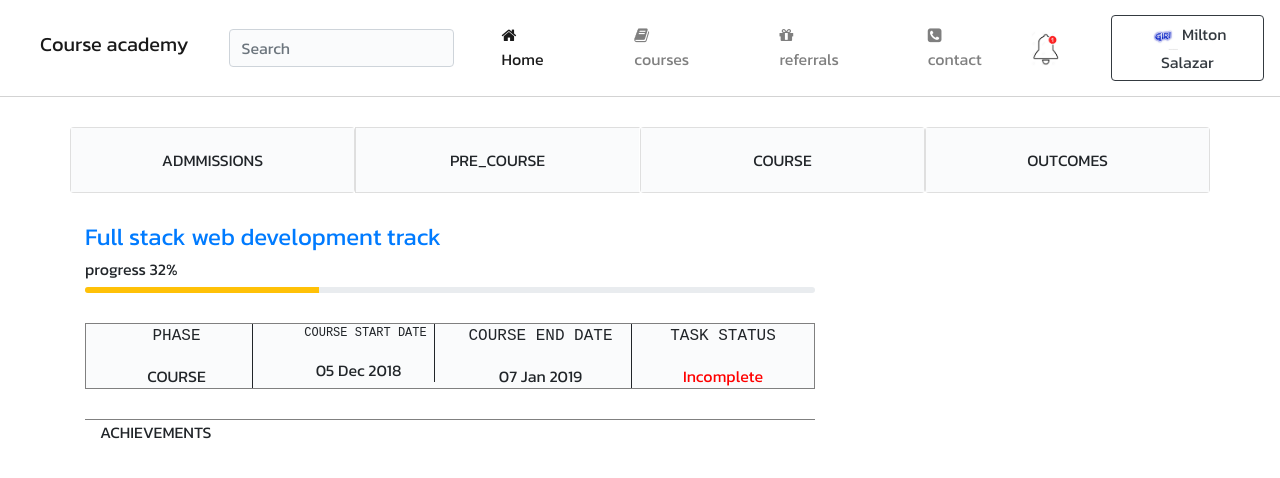
Repository: giribabu1997/html-layout
Page: task.html
These files come from the project's save history. The page is drawn as it stood at one moment and after a run of saves; the edit follows.
The browser window is 1280 px wide. The pictures show the whole page.
Some web fonts or font styles are not loaded; a fallback is used.

Above is the page before, as saved 2019-06-25 21:16:12.

### task.html
<!DOCTYPE html>
<html lang="en">

<head>
    <meta charset="UTF-8">
    <meta name="viewport" content="width=device-width, initial-scale=1.0">
    <meta http-equiv="X-UA-Compatible" content="ie=edge">
    <title>Document</title>
    <link rel="stylesheet" href="https://stackpath.bootstrapcdn.com/bootstrap/4.3.1/css/bootstrap.min.css"
        integrity="sha384-ggOyR0iXCbMQv3Xipma34MD+dH/1fQ784/j6cY/iJTQUOhcWr7x9JvoRxT2MZw1T" crossorigin="anonymous">
    <link href="https://fonts.googleapis.com/css?family=Kanit&display=swap" rel="stylesheet">
    <link rel="stylesheet" href="https://cdnjs.cloudflare.com/ajax/libs/font-awesome/4.7.0/css/font-awesome.min.css">
    <link href="https://fonts.googleapis.com/css?family=Cutive+Mono&display=swap" rel="stylesheet">
    <style>
        .navhead-height {
            padding: 1.5rem;
        }

        .head-container {
            padding: 0%;
        }

        * {
            font-family: 'Kanit', sans-serif;
        }

        .home-link {
            padding-right: 2.5rem !important;
            padding-left: 2.5rem !important;
        }
    </style>

</head>

<body>
    <div class="container-fluid head-container" style=" border-bottom: 1px solid lightgrey;">
        <nav class="navbar navbar-expand-lg navbar-light bg-white">
            <a class="navbar-brand navhead-height" href="#">
                <h5>Course academy </h5>
            </a>
            <button class="navbar-toggler" type="button" data-toggle="collapse" data-target="#navbarSupportedContent"
                aria-controls="navbarSupportedContent" aria-expanded="false" aria-label="Toggle navigation">
                <span class="navbar-toggler-icon"></span>
            </button>
            <form class="form-inline my-2 my-lg-0">
                <input class="form-control mr-sm-2" type="search" placeholder="Search" aria-label="Search"
                    style="background-color: #fafbfc;">
            </form>
            <div class="collapse navbar-collapse" id="navbarSupportedContent">
                <ul class="navbar-nav mr-auto">
                    <li class="nav-item active">
                        <a class="nav-link home-link" href="#"><i class="fa fa-home"></i> Home <span
                                class="sr-only">(current)</span></a>
                    </li>
                    <li class="nav-item">
                        <a class="nav-link home-link" href="#"><i class="fa fa-book"></i> courses</a>
                    </li>
                    <li class="nav-item">
                        <a class="nav-link home-link" href="#"><i class="fa fa-gift"></i> referrals</a>
                    </li>
                    <li class="nav-item">
                        <a class="nav-link home-link" href="#"><i class="fa fa-phone-square"></i> contact</a>
                    </li>
                    <li class="nav-item">
                        <a class="nav-link home-link" href="#"></a>
                        <img src="icon.png" width="30px" style="text-align: center" />
                        </a>
                    </li>
                    <button class="btn btn-outline-dark my-2 my-sm-0" type="submit">
                        <img src="giri.png" width="30px" /> Milton Salazar </button>
            </div>
        </nav>
    </div>
    <div class="container" style="padding-top: 30px; padding-bottom: 30px">
        <div class="row">
            <div class="col-md-3" style="padding: 0px !important">
                <div class="card">
                    <div class="card-body" style="text-align: center; background-color: #fafbfc;">
                        <h> ADMMISSIONS</h>
                    </div>
                </div>
            </div>
            <div class="col-md-3" style="padding: 0px !important">
                <div class="card" style="border-radius: 0;border-right-color: white;">
                    <div class="card-body" style="text-align: center; background-color: #fafbfc;">
                        <h> PRE_COURSE</h>
                    </div>
                </div>
            </div>
            <div class="col-md-3" style="padding: 0px !important">
                <div class="card">
                    <div class="card-body" style="text-align: center; background-color: #fafbfc;">
                        <h> COURSE</h>
                    </div>
                </div>
            </div>
            <div class="col-md-3" style="padding: 0px !important">
                <div class="card">
                    <div class="card-body" style="text-align: center; background-color: #fafbfc;">
                        <h> OUTCOMES</h>
                    </div>
                </div>
            </div>
        </div>
    </div>
    <div class="container">
        <div class="row">
            <div class="col-8">
                <h4> <a class="text-primary">Full stack web development track</a></h4>
                <h6>progress 32%</h6>
                <div class="progress" style=" height: 0.4rem;">
                    <div class="progress-bar bg-warning" role="progressbar" style="width: 32%" aria-valuenow="32"
                        aria-valuemin="0" aria-valuemax="50">
                    </div>
                </div>
                <div class="container" style="padding-top: 30px; padding-bottom: 30px; border-bottom: 1px solid gray;">
                    <div class="row" style="border: 1px solid gray; text-align: center; background-color: #fafbfc;">
                        <div class="col-3">
                            <div class="box" style="border-right: 1px solid">
                                <p style="font-family: 'Cutive Mono', monospace;">PHASE</p>
                                <h7>COURSE</h7>
                            </div>
                        </div>
                        <div class="col-3">
                            <div class="box" style="border-right: 1px solid">
                                <p style="font-family: 'Cutive Mono', monospace; width: 165px; font-size: 12px;">COURSE
                                    START DATE</p>
                                <h7>05 Dec 2018</h7>
                            </div>
                        </div>
                        <div class="col-3" style="border-right: 1px solid">
                            <div class="box">
                                <p style="font-family: 'Cutive Mono', monospace;">COURSE END DATE</p>
                                <h7>07 Jan 2019</h7>
                            </div>
                        </div>
                        <div class="col-3">
                            <div class="box">
                                <p style="font-family: 'Cutive Mono', monospace;">TASK STATUS</p>
                                <span style="color: red">Incomplete</span>
                            </div>
                        </div>
                    </div>
                </div>

                <div class="row">
                <DI
                </div>
            </div>
            <div class="col-4">
                ACHIEVEMENTS
            </div>
        </div>
    </div>


</body>
<script src="https://code.jquery.com/jquery-3.3.1.slim.min.js"
    integrity="sha384-q8i/X+965DzO0rT7abK41JStQIAqVgRVzpbzo5smXKp4YfRvH+8abtTE1Pi6jizo"
    crossorigin="anonymous"></script>
<script src="https://cdnjs.cloudflare.com/ajax/libs/popper.js/1.14.7/umd/popper.min.js"
    integrity="sha384-UO2eT0CpHqdSJQ6hJty5KVphtPhzWj9WO1clHTMGa3JDZwrnQq4sF86dIHNDz0W1"
    crossorigin="anonymous"></script>
<script src="https://stackpath.bootstrapcdn.com/bootstrap/4.3.1/js/bootstrap.min.js"
    integrity="sha384-JjSmVgyd0p3pXB1rRibZUAYoIIy6OrQ6VrjIEaFf/nJGzIxFDsf4x0xIM+B07jRM"
    crossorigin="anonymous"></script>

</html>

After the next 2 saves:
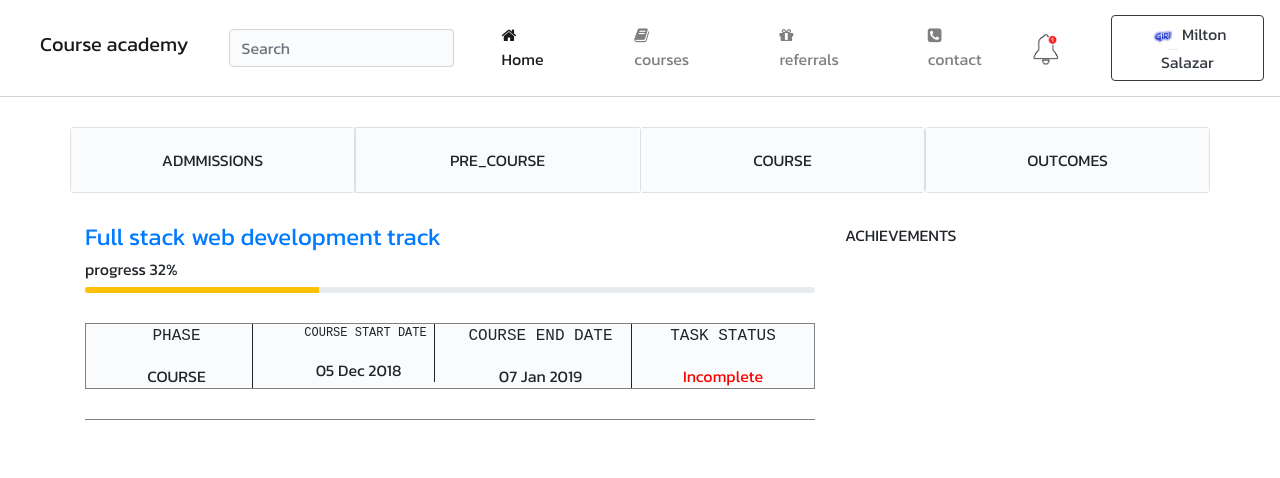
The 2 saves are shown as one change because they came seconds apart.
The last was saved 5 s later.
--- a/task.html
+++ b/task.html
@@ -144,7 +144,7 @@
                 </div>
 
                 <div class="row">
-                <DI
+                <div></div>
                 </div>
             </div>
             <div class="col-4">

After the save that followed:
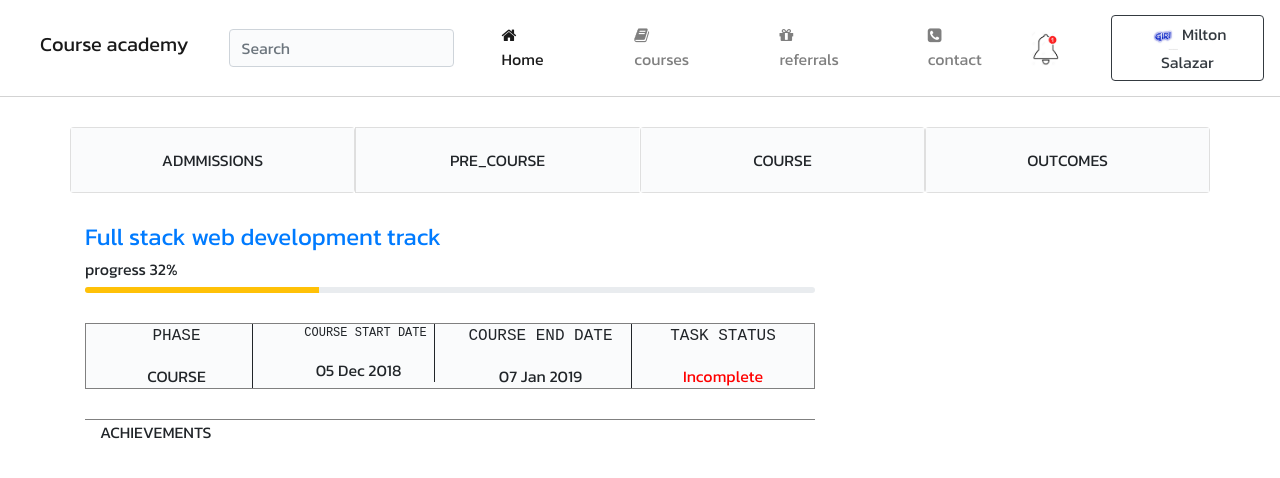
Saved 4 s later.
--- a/task.html
+++ b/task.html
@@ -144,7 +144,7 @@
                 </div>
 
                 <div class="row">
-                <div></div>
+                </div>
                 </div>
             </div>
             <div class="col-4">
